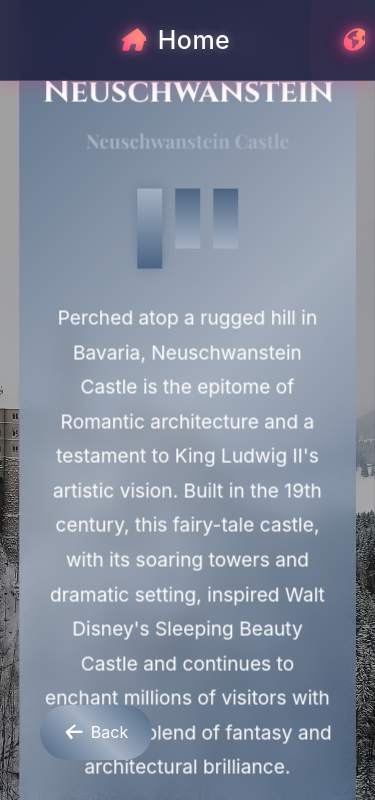
Repository: huang-heavenly-Emperor/NewYork
Page: neuschwanstein.html
These files come from the project's save history. The page is drawn as it stood at one moment and after the next save; the edit follows.
The browser window is 375 px wide. The pictures show the whole page.

Above is the page before, as saved 2025-02-19 17:21:57.

### neuschwanstein.html
<!DOCTYPE html>
<html lang="en">

<head>
  <meta charset="UTF-8">
  <meta name="viewport" content="width=device-width, initial-scale=1.0">
  <title>Neuschwanstein Castle - Bavaria</title>
  <link rel="stylesheet" href="css/style.css">
  <link rel="stylesheet" href="css/neuschwanstein.css">
  <link rel="stylesheet" href="css/animations.css">
  <link rel="stylesheet" href="lib/font-awesome.css">
  <link rel="preconnect" href="https://fonts.googleapis.com">
  <link rel="preconnect" href="https://fonts.gstatic.com" crossorigin>
  <link href="https://fonts.googleapis.com/css2?family=Cinzel:wght@400;700&family=Playfair+Display:wght@400;700&display=swap" rel="stylesheet">
</head>

<body>
  <!-- 开场动画 -->
  <div class="page-entrance">
    <div class="entrance-content">
      <div class="castle-animation">
        <div class="mountain"></div>
        <div class="castle">
          <div class="main-tower">
            <div class="spire"></div>
            <div class="tower-body"></div>
          </div>
          <div class="side-tower left">
            <div class="spire"></div>
            <div class="tower-body"></div>
          </div>
          <div class="side-tower right">
            <div class="spire"></div>
            <div class="tower-body"></div>
          </div>
          <div class="castle-base"></div>
        </div>
      </div>
      <h1 class="entrance-title">
        <span class="german">Schloss Neuschwanstein</span>
        <span class="english">Neuschwanstein Castle</span>
      </h1>
      <div class="entrance-line"></div>
      <p class="entrance-subtitle">The Fairy Tale Castle</p>
    </div>
  </div>

  <!-- 页面主要内容 -->
  <div class="content-delay">
    <!-- Main navigation -->
    <nav class="main-nav">
      <ul class="nav-links">
        <li>
          <a href="index.html">
            <i class="fas fa-home"></i>
            Home
          </a>
        </li>
        <li class="dropdown">
          <a href="tour.html" class="active">
            <i class="fas fa-globe-americas"></i>
            Tour
          </a>
          <ul class="dropdown-menu">
            <li class="nested-dropdown">
              <a href="#" class="active">
                Europe
              </a>
              <ul class="nested-dropdown-menu">
                <li class="nested-dropdown">
                  <a href="germany.html" class="active">
                    Germany
                  </a>
                  <ul class="nested-dropdown-menu">
                    <li>
                      <a href="brandenburg.html">
                        <span>Brandenburg Gate</span>
                      </a>
                    </li>
                    <li>
                      <a href="neuschwanstein.html" class="active">
                        <span>Neuschwanstein</span>
                      </a>
                    </li>
                  </ul>
                </li>
              </ul>
            </li>
          </ul>
        </li>
        <li>
          <a href="camera.html">
            <i class="fas fa-camera"></i>
            Camera
          </a>
        </li>
        <li>
          <a href="print.html">
            <i class="fas fa-print"></i>
            Print
          </a>
        </li>
      </ul>
    </nav>

    <div class="banner">
      <img src="images/neuschwanstein.jpg" alt="Neuschwanstein Castle">
      <div class="banner-text">
        <h1>
          <span class="german">Schloss Neuschwanstein</span>
          <span class="english">Neuschwanstein Castle</span>
        </h1>
        <div class="castle-status">
          <div class="tower main"></div>
          <div class="tower left"></div>
          <div class="tower right"></div>
        </div>
        <p>
          Perched atop a rugged hill in Bavaria, Neuschwanstein Castle is the epitome of Romantic architecture and a testament to King Ludwig II's artistic vision. Built in the 19th century, this fairy-tale castle, with its soaring towers and dramatic setting, inspired Walt Disney's Sleeping Beauty Castle and continues to enchant millions of visitors with its magical blend of fantasy and architectural brilliance.
        </p>
      </div>
    </div>

    <a href="germany.html" class="back-button">
      <i class="fas fa-arrow-left"></i>
      <span>Back</span>
    </a>
  </div>

  <script>
    document.addEventListener('DOMContentLoaded', function() {
      // 页面入场动画
      const pageEntrance = document.querySelector('.page-entrance');
      const contentDelay = document.querySelector('.content-delay');

      // 入场动画：山体和城堡依次出现
      const mountain = document.querySelector('.mountain');
      const castleBase = document.querySelector('.castle-base');
      const towers = document.querySelectorAll('.tower-body');
      const spires = document.querySelectorAll('.spire');

      setTimeout(() => {
        mountain.style.transform = 'translateY(0)';
      }, 500);

      setTimeout(() => {
        castleBase.style.transform = 'translateY(0)';
      }, 1000);

      towers.forEach((tower, index) => {
        setTimeout(() => {
          tower.style.transform = 'translateY(0)';
        }, 1500 + index * 300);
      });

      spires.forEach((spire, index) => {
        setTimeout(() => {
          spire.style.transform = 'translateY(0) scale(1)';
        }, 2500 + index * 300);
      });

      setTimeout(() => {
        pageEntrance.style.opacity = '0';
        pageEntrance.style.visibility = 'hidden';
        contentDelay.style.opacity = '1';
      }, 4000);

      // 塔楼动画
      const statusTowers = document.querySelectorAll('.castle-status .tower');
      function animateTowers() {
        statusTowers.forEach((tower, index) => {
          setTimeout(() => {
            tower.classList.add('glow');
            setTimeout(() => {
              tower.classList.remove('glow');
            }, 1000);
          }, index * 300);
        });
      }

      // 初始动画
      animateTowers();

      // 每5秒重复一次动画
      setInterval(animateTowers, 5000);
    });
  </script>
</body>

</html>

### css/neuschwanstein.css
/* 基础样式 */
* {
    margin: 0;
    padding: 0;
    box-sizing: border-box;
}

body {
    font-family: 'Inter', sans-serif;
    line-height: 1.6;
    color: #ffffff;
    background: #000000;
    height: 100vh;
    overflow: hidden;
}

/* 开场动画 */
.page-entrance {
    position: fixed;
    top: 0;
    left: 0;
    width: 100%;
    height: 100%;
    background: #000;
    display: flex;
    justify-content: center;
    align-items: center;
    z-index: 1000;
    transition: opacity 0.5s ease, visibility 0.5s ease;
}

.entrance-content {
    text-align: center;
    opacity: 0;
    animation: entranceFadeIn 1s ease forwards 0.5s;
}

/* 城堡动画 */
.castle-animation {
    position: relative;
    width: 400px;
    height: 300px;
    margin: 0 auto 2rem;
    perspective: 1000px;
}

.mountain {
    position: absolute;
    bottom: 0;
    left: 50%;
    transform: translateX(-50%) translateY(100%);
    width: 400px;
    height: 150px;
    background: linear-gradient(45deg, #4B6584, #778CA3);
    clip-path: polygon(0% 100%, 30% 30%, 50% 0%, 70% 30%, 100% 100%);
    transition: transform 1s cubic-bezier(0.4, 0, 0.2, 1);
}

.castle {
    position: absolute;
    bottom: 100px;
    left: 50%;
    transform: translateX(-50%);
    width: 300px;
    height: 200px;
}

.castle-base {
    position: absolute;
    bottom: 0;
    width: 100%;
    height: 80px;
    background: linear-gradient(to bottom, #A5B1C2, #4B6584);
    transform: translateY(100%);
    transition: transform 1s cubic-bezier(0.4, 0, 0.2, 1);
}

.main-tower {
    position: absolute;
    bottom: 80px;
    left: 50%;
    transform: translateX(-50%);
    width: 80px;
    height: 160px;
}

.side-tower {
    position: absolute;
    bottom: 80px;
    width: 60px;
    height: 120px;
}

.side-tower.left {
    left: 40px;
}

.side-tower.right {
    right: 40px;
}

.tower-body {
    position: absolute;
    bottom: 0;
    width: 100%;
    height: 100%;
    background: linear-gradient(to bottom, #A5B1C2, #4B6584);
    transform: translateY(100%);
    transition: transform 1s cubic-bezier(0.4, 0, 0.2, 1);
}

.spire {
    position: absolute;
    top: 0;
    left: 50%;
    transform: translateX(-50%) translateY(-100%) scale(0);
    width: 0;
    height: 0;
    border-left: 20px solid transparent;
    border-right: 20px solid transparent;
    border-bottom: 40px solid #2F3542;
    transition: transform 1s cubic-bezier(0.4, 0, 0.2, 1);
}

.entrance-title {
    margin-bottom: 2rem;
}

.entrance-title .german {
    display: block;
    font-size: 4rem;
    font-family: 'Cinzel', serif;
    background: linear-gradient(45deg,
        #4B6584 0%,    /* 巴伐利亚蓝 */
        #A5B1C2 50%,   /* 浅灰色 */
        #4B6584 100%   /* 巴伐利亚蓝 */
    );
    -webkit-background-clip: text;
    -webkit-text-fill-color: transparent;
    text-transform: uppercase;
    letter-spacing: 0.2em;
    opacity: 0;
    animation: titleReveal 1.5s ease forwards 2s;
}

.entrance-title .english {
    display: block;
    font-size: 2.5rem;
    font-family: 'Playfair Display', serif;
    color: #A5B1C2;
    margin-top: 0.5rem;
    opacity: 0;
    animation: titleReveal 1.5s ease forwards 2.5s;
}

.entrance-line {
    width: 0;
    height: 2px;
    background: linear-gradient(
        to right,
        transparent,
        #4B6584,
        transparent
    );
    margin: 1rem auto;
    animation: lineExpand 1.5s ease forwards 3s;
}

.entrance-subtitle {
    font-size: 1.5rem;
    color: #A5B1C2;
    opacity: 0;
    animation: subtitleFade 1.5s ease forwards 3.5s;
}

/* 主要内容区域 */
.banner {
    position: relative;
    width: 100%;
    height: 100vh;
    overflow: hidden;
}

.banner img {
    width: 100%;
    height: 100%;
    object-fit: cover;
    filter: brightness(0.7);
    animation: zoomIn 1.5s ease-out forwards;
}

.banner-text {
    position: absolute;
    top: 50%;
    left: 50%;
    transform: translate(-50%, -50%);
    text-align: center;
    color: #fff;
    background: linear-gradient(
        135deg,
        rgba(75, 101, 132, 0.8) 0%,
        rgba(165, 177, 194, 0.8) 50%,
        rgba(75, 101, 132, 0.8) 100%
    );
    padding: 3rem;
    border-radius: 10px;
    backdrop-filter: blur(10px);
    max-width: 800px;
}

.banner-text h1 {
    margin-bottom: 2rem;
}

.banner-text .german {
    display: block;
    font-size: 3.5rem;
    font-family: 'Cinzel', serif;
    margin-bottom: 0.5rem;
}

.banner-text .english {
    display: block;
    font-size: 2rem;
    font-family: 'Playfair Display', serif;
    color: #A5B1C2;
}

.castle-status {
    display: flex;
    justify-content: center;
    gap: 2rem;
    margin: 2rem 0;
}

.castle-status .tower {
    width: 40px;
    height: 100px;
    background: linear-gradient(to bottom, #4B6584, #A5B1C2);
    position: relative;
    transition: all 0.3s ease;
}

.castle-status .tower.main {
    height: 120px;
}

.castle-status .tower.glow {
    box-shadow: 0 0 20px rgba(75, 101, 132, 0.8);
    background: linear-gradient(to bottom, #A5B1C2, #4B6584);
}

.banner-text p {
    font-size: 1.2rem;
    line-height: 1.8;
    color: #fff;
}

.back-button {
    position: fixed;
    bottom: 40px;
    left: 40px;
    display: flex;
    align-items: center;
    gap: 10px;
    padding: 15px 30px;
    background: linear-gradient(
        45deg,
        #4B6584,
        #A5B1C2,
        #4B6584
    );
    color: #fff;
    text-decoration: none;
    border-radius: 30px;
    font-size: 1.2rem;
    transition: all 0.3s ease;
    z-index: 100;
}

.back-button:hover {
    transform: translateX(-5px);
    box-shadow: 0 0 20px rgba(75, 101, 132, 0.5);
}

.back-button i {
    font-size: 1.2rem;
}

/* 动画关键帧 */
@keyframes entranceFadeIn {
    from {
        opacity: 0;
        transform: translateY(20px);
    }
    to {
        opacity: 1;
        transform: translateY(0);
    }
}

@keyframes titleReveal {
    from {
        opacity: 0;
        transform: translateY(-20px);
    }
    to {
        opacity: 1;
        transform: translateY(0);
    }
}

@keyframes lineExpand {
    from {
        width: 0;
    }
    to {
        width: 100%;
    }
}

@keyframes subtitleFade {
    from {
        opacity: 0;
    }
    to {
        opacity: 1;
    }
}

@keyframes zoomIn {
    from {
        transform: scale(1.2);
        filter: brightness(0);
    }
    to {
        transform: scale(1);
        filter: brightness(0.7);
    }
}

/* 响应式设计 */
@media (max-width: 768px) {
    .castle-animation {
        width: 300px;
        height: 250px;
    }

    .entrance-title .german {
        font-size: 3rem;
    }

    .entrance-title .english {
        font-size: 2rem;
    }

    .banner-text {
        width: 90%;
        padding: 2rem;
    }

    .banner-text .german {
        font-size: 2.5rem;
    }

    .banner-text .english {
        font-size: 1.5rem;
    }

    .castle-status {
        gap: 1rem;
    }

    .castle-status .tower {
        width: 30px;
        height: 80px;
    }

    .castle-status .tower.main {
        height: 100px;
    }
}

@media (max-width: 480px) {
    .castle-animation {
        width: 250px;
        height: 200px;
    }

    .entrance-title .german {
        font-size: 2.5rem;
    }

    .entrance-title .english {
        font-size: 1.5rem;
    }

    .banner-text {
        padding: 1.5rem;
    }

    .banner-text .german {
        font-size: 2rem;
    }

    .banner-text .english {
        font-size: 1.2rem;
    }

    .castle-status {
        gap: 0.8rem;
    }

    .castle-status .tower {
        width: 25px;
        height: 60px;
    }

    .castle-status .tower.main {
        height: 80px;
    }

    .back-button {
        padding: 12px 24px;
        font-size: 1rem;
    }
}

### css/animations.css
/* Opening animation */
@keyframes fadeInScale {
  0% {
    opacity: 0;
    transform: scale(0.9);
  }
  50% {
    opacity: 0.5;
    transform: scale(1.02);
  }
  100% {
    opacity: 1;
    transform: scale(1);
  }
}

@keyframes slideInFromBottom {
  0% {
    opacity: 0;
    transform: translate(-50%, 50px);
  }
  60% {
    opacity: 0.8;
    transform: translate(-50%, -5px);
  }
  80% {
    transform: translate(-50%, 2px);
  }
  100% {
    opacity: 1;
    transform: translate(-50%, 0);
  }
}

@keyframes slideInFromTop {
  0% {
    opacity: 0;
    transform: translateY(-30px);
  }
  100% {
    opacity: 1;
    transform: translateY(0);
  }
}

@keyframes fadeInRotate {
  0% {
    opacity: 0;
    transform: rotate(-10deg) scale(0.95);
  }
  100% {
    opacity: 1;
    transform: rotate(0) scale(1);
  }
}

/* Navigation bar animation */
.main-nav {
  animation: slideInFromTop 0.8s cubic-bezier(0.34, 1.56, 0.64, 1);
}

.nav-links li {
  opacity: 0;
  animation: fadeInRotate 0.6s cubic-bezier(0.34, 1.56, 0.64, 1) forwards;
}

.nav-links li:nth-child(1) { animation-delay: 0.2s; }
.nav-links li:nth-child(2) { animation-delay: 0.3s; }
.nav-links li:nth-child(3) { animation-delay: 0.4s; }
.nav-links li:nth-child(4) { animation-delay: 0.5s; }

/* Navigation link hover effect */
.nav-links a {
  transition: all 0.3s cubic-bezier(0.34, 1.56, 0.64, 1);
}

.nav-links a:hover {
  transform: translateY(-2px) scale(1.05);
  text-shadow: 0 2px 4px rgba(0, 0, 0, 0.2);
}

/* Rocket animation */
.rocketManSVG {
  opacity: 0;
  animation: fadeInScale 1s cubic-bezier(0.23, 1, 0.32, 1) 1s forwards;
}

/* Star animation */
.star {
  opacity: 0;
  animation: fadeInRotate 0.8s cubic-bezier(0.34, 1.56, 0.64, 1) forwards;
}

.starContainer .star:nth-child(odd) {
  animation-delay: 0.5s;
}

.starContainer .star:nth-child(even) {
  animation-delay: 0.7s;
}

/* Satellite animation */
.satellite {
  opacity: 0;
  animation: fadeInScale 1s cubic-bezier(0.23, 1, 0.32, 1) 1.2s forwards;
}

/* Title animation */
.demo--dancing-shadows__title {
  animation: fadeInScale 1.8s cubic-bezier(0.23, 1, 0.32, 1);
}

.text-wrapper {
  animation: fadeInScale 2s cubic-bezier(0.23, 1, 0.32, 1) 0.2s backwards;
}

/* CTA button animation */
.cta-wrapper {
  position: fixed;
  bottom: 50px;
  left: 50%;
  transform: translateX(-50%);
  z-index: 1000;
  animation: slideInFromBottom 1.2s cubic-bezier(0.34, 1.56, 0.64, 1) 1.5s backwards;
  opacity: 1;
}

.cta-button {
  transition: all 0.5s cubic-bezier(0.34, 1.56, 0.64, 1);
  will-change: transform;
  position: relative;
  z-index: 1000;
  opacity: 1;
}

.cta-button:hover {
  transform: translateY(-6px) scale(1.03);
  box-shadow: 0 12px 35px rgba(255, 107, 107, 0.4);
  background: linear-gradient(135deg,
    rgba(255, 127, 127, 0.98),
    rgba(255, 127, 167, 0.98)
  );
  letter-spacing: 1px;
}

.cta-button:active {
  transform: translateY(-2px) scale(0.98);
  box-shadow: 0 6px 20px rgba(255, 107, 107, 0.4);
  transition: all 0.2s cubic-bezier(0.34, 1.56, 0.64, 1);
}

/* Text hover effect */
.text-item {
  transition: all 0.4s cubic-bezier(0.34, 1.56, 0.64, 1);
  will-change: transform;
}

.text-item:hover {
  transform: translateY(-4px) scale(1.08);
  text-shadow: 0 0.15rem black,
               0 0.25rem black,
               0 0.35rem black,
               0 0.45rem black,
               0 0.65rem black,
               0 0.75rem rgba(255, 255, 255, 0.8),
               0 0.85rem rgba(255, 255, 255, 0.6);
}

/* Background animation effect */
.demo--dancing-shadows__title:before {
  transition: all 0.8s cubic-bezier(0.23, 1, 0.32, 1);
}

.demo--dancing-shadows__title:hover:before {
  filter: hue-rotate(25deg) brightness(1.15);
}

/* 页面开场动画 */
.page-entrance {
    position: fixed;
    top: 0;
    left: 0;
    width: 100%;
    height: 100%;
    background: #000;
    z-index: 9999;
    display: flex;
    justify-content: center;
    align-items: center;
    animation: fadeOut 0.5s ease forwards 2.5s;
}

.entrance-content {
    text-align: center;
    opacity: 0;
    animation: contentFadeIn 0.8s ease forwards 0.5s;
}

.entrance-title {
    font-size: 4rem;
    color: transparent;
    position: relative;
    margin-bottom: 1rem;
}

.entrance-title .chinese {
    display: block;
    font-family: "STKaiti", "楷体", serif;
    font-size: 5rem;
    background: linear-gradient(120deg, #FFD700, #FFA500);
    -webkit-background-clip: text;
    background-clip: text;
    opacity: 0;
    transform: translateY(20px);
    animation: titleReveal 0.8s ease forwards 0.8s;
}

.entrance-title .english {
    display: block;
    font-family: "Playfair Display", serif;
    font-size: 2.5rem;
    color: #fff;
    opacity: 0;
    transform: translateY(20px);
    animation: titleReveal 0.8s ease forwards 1.2s;
}

.entrance-line {
    width: 0;
    height: 2px;
    background: linear-gradient(90deg,
        transparent,
        #FFD700,
        #FFA500,
        #FFD700,
        transparent
    );
    margin: 20px auto;
    animation: lineGrow 0.6s ease forwards 1.6s;
}

.entrance-subtitle {
    font-size: 1.2rem;
    color: rgba(255, 255, 255, 0.8);
    opacity: 0;
    transform: translateY(20px);
    animation: titleReveal 0.8s ease forwards 1.8s;
}

/* 开场动画关键帧 */
@keyframes fadeOut {
    to {
        opacity: 0;
        visibility: hidden;
    }
}

@keyframes contentFadeIn {
    from {
        opacity: 0;
        transform: translateY(30px);
    }
    to {
        opacity: 1;
        transform: translateY(0);
    }
}

@keyframes titleReveal {
    from {
        opacity: 0;
        transform: translateY(20px);
    }
    to {
        opacity: 1;
        transform: translateY(0);
    }
}

@keyframes lineGrow {
    from {
        width: 0;
    }
    to {
        width: 300px;
    }
}

/* 页面内容延迟显示 */
.content-delay {
    opacity: 0;
    animation: contentAppear 1s ease forwards 3s;
}

@keyframes contentAppear {
    to {
        opacity: 1;
    }
}

### lib/font-awesome.css
@font-face {
    font-family: 'Font Awesome 6 Free';
    font-style: normal;
    font-weight: 900;
    src: url('webfonts/fa-solid-900.woff2') format('woff2');
}

.fas {
    font-family: 'Font Awesome 6 Free';
    font-weight: 900;
}

.fa-home:before {
    content: "\f015";
}

.fa-globe-americas:before {
    content: "\f57d";
}

.fa-torii-gate:before {
    content: "\f6a1";
}

.fa-sun:before {
    content: "\f185";
}

.fa-landmark:before {
    content: "\f66f";
}

.fa-flag-usa:before {
    content: "\f74d";
}

.fa-star:before {
    content: "\f005";
}

.fa-chart-line:before {
    content: "\f201";
}

.fa-city:before {
    content: "\f64f";
}

.fa-tree:before {
    content: "\f1bb";
}

.fa-theater-masks:before {
    content: "\f630";
}

.fa-ellipsis-h:before {
    content: "\f141";
}

.fa-camera:before {
    content: "\f030";
}

.fa-print:before {
    content: "\f02f";
}

.fa-arrow-left:before {
    content: "\f060";
}

Loaded but not shown: css/style.css (502 lines, source omitted)

After the next save:
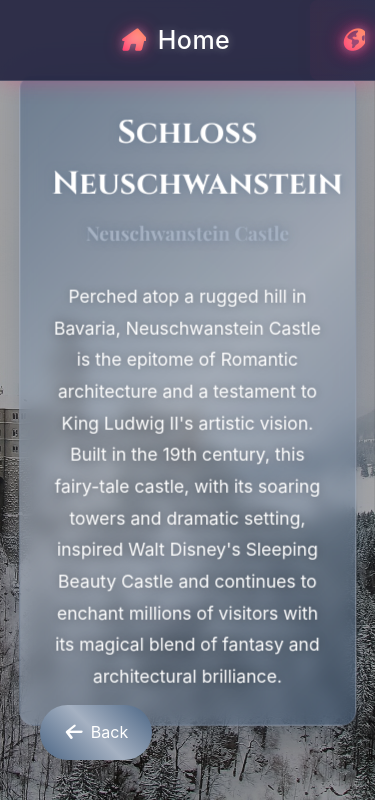
Saved 113 s later.
--- a/css/neuschwanstein.css
+++ b/css/neuschwanstein.css
@@ -198,14 +198,17 @@
     color: #fff;
     background: linear-gradient(
         135deg,
-        rgba(75, 101, 132, 0.8) 0%,
-        rgba(165, 177, 194, 0.8) 50%,
-        rgba(75, 101, 132, 0.8) 100%
+        rgba(75, 101, 132, 0.6) 0%,
+        rgba(165, 177, 194, 0.6) 50%,
+        rgba(75, 101, 132, 0.6) 100%
     );
-    padding: 3rem;
-    border-radius: 10px;
-    backdrop-filter: blur(10px);
-    max-width: 800px;
+    padding: 3rem 4rem;
+    border-radius: 15px;
+    backdrop-filter: blur(8px);
+    max-width: 1000px;
+    width: 90%;
+    border: 1px solid rgba(165, 177, 194, 0.3);
+    box-shadow: 0 0 30px rgba(75, 101, 132, 0.3);
 }
 
 .banner-text h1 {
@@ -217,6 +220,7 @@
     font-size: 3.5rem;
     font-family: 'Cinzel', serif;
     margin-bottom: 0.5rem;
+    text-shadow: 0 0 10px rgba(75, 101, 132, 0.5);
 }
 
 .banner-text .english {
@@ -224,36 +228,15 @@
     font-size: 2rem;
     font-family: 'Playfair Display', serif;
     color: #A5B1C2;
-}
-
-.castle-status {
-    display: flex;
-    justify-content: center;
-    gap: 2rem;
-    margin: 2rem 0;
-}
-
-.castle-status .tower {
-    width: 40px;
-    height: 100px;
-    background: linear-gradient(to bottom, #4B6584, #A5B1C2);
-    position: relative;
-    transition: all 0.3s ease;
-}
-
-.castle-status .tower.main {
-    height: 120px;
-}
-
-.castle-status .tower.glow {
-    box-shadow: 0 0 20px rgba(75, 101, 132, 0.8);
-    background: linear-gradient(to bottom, #A5B1C2, #4B6584);
+    text-shadow: 0 0 10px rgba(75, 101, 132, 0.5);
 }
 
 .banner-text p {
-    font-size: 1.2rem;
+    font-size: 1.4rem;
     line-height: 1.8;
     color: #fff;
+    margin-top: 2rem;
+    text-shadow: 0 0 10px rgba(0, 0, 0, 0.3);
 }
 
 .back-button {
@@ -355,8 +338,7 @@
     }
 
     .banner-text {
-        width: 90%;
-        padding: 2rem;
+        padding: 2.5rem;
     }
 
     .banner-text .german {
@@ -367,17 +349,8 @@
         font-size: 1.5rem;
     }
 
-    .castle-status {
-        gap: 1rem;
-    }
-
-    .castle-status .tower {
-        width: 30px;
-        height: 80px;
-    }
-
-    .castle-status .tower.main {
-        height: 100px;
+    .banner-text p {
+        font-size: 1.2rem;
     }
 }
 
@@ -396,7 +369,7 @@
     }
 
     .banner-text {
-        padding: 1.5rem;
+        padding: 2rem;
     }
 
     .banner-text .german {
@@ -407,17 +380,8 @@
         font-size: 1.2rem;
     }
 
-    .castle-status {
-        gap: 0.8rem;
-    }
-
-    .castle-status .tower {
-        width: 25px;
-        height: 60px;
-    }
-
-    .castle-status .tower.main {
-        height: 80px;
+    .banner-text p {
+        font-size: 1.1rem;
     }
 
     .back-button {
